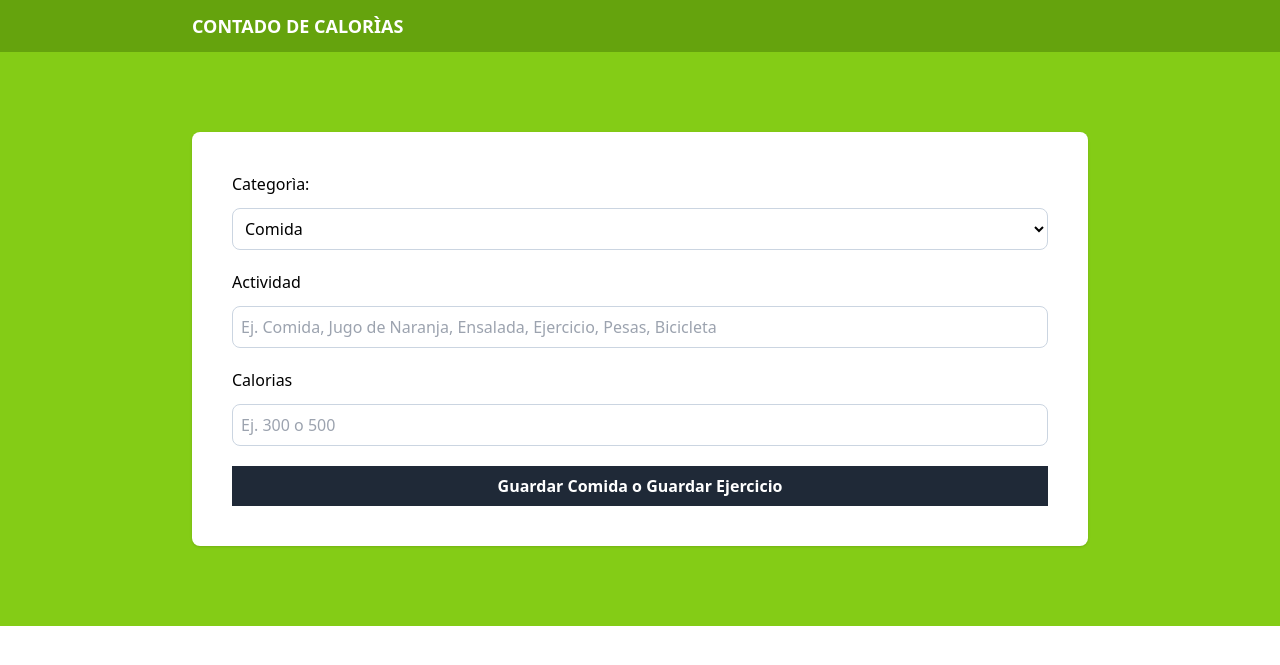
Repository: Matiiu/calorie-tracker
Page: /
An editor plug-in stored every save of this project. The page is shown before and after the next save, followed by the edit.
The browser window is 1280 px wide. The pictures show the whole page.
The project was rebuilt for these pictures with package versions that can differ from the ones it lists, and the page was loaded fresh each time. Also part of the build but not shown: vite.config.ts.

Above is the page before, as saved 2024-03-30 22:52:48.

### index.html
<!doctype html>
<html lang="en">
  <head>
    <meta charset="UTF-8" />
    <link rel="icon" type="image/svg+xml" href="/vite.svg" />
    <meta name="viewport" content="width=device-width, initial-scale=1.0" />
    <title>Contador de Calorías - React</title>
  </head>
  <body>
    <div id="root"></div>
    <script type="module" src="/src/main.tsx"></script>
  </body>
</html>

### src/App.tsx
import Header from "./components/Header";
import Form from "./components/Form";
export default function App() {
  return (
    <>
      <Header />

      <section className="bg-lime-500 py-20 px-5">
        <div className="max-w-4xl mx-auto">
          <Form />
        </div>
      </section>
    </>
  );
}

### src/components/Header.tsx
export default function Header() {
  return (
    <header className="bg-lime-600 py-3">
      <div className="max-w-4xl mx-auto flex justify-between">
        <h1 className="text-center text-lg font-bold text-white uppercase">
          Contado de Calorìas
        </h1>
      </div>
    </header>
  );
}

### src/components/Form.tsx
import { useState } from "react";
import { categories } from "../data/categories";

export default function Form() {
    const [activity, setActivity] = useState({
        category: '',
        activityName: '',

    })

  return (
    <form className="space-y-5 bg-white shadow p-10 rounded-lg">
      <div className="grid grid-cols-1 gap-3">
        <label htmlFor="category">Categorìa:</label>
        <select
          name="category"
          id="category"
          className="border border-slate-300 p-2 rounded-lg w-full bg-white"
        >
          {categories.map((category) => (
            <option key={category.id} value={category.id}>
              {category.name}
            </option>
          ))}
        </select>
      </div>

      <div className="grid grid-cols-1 gap-3">
        <label htmlFor="activityName">Actividad</label>
        <input
            id="activityName"
            name="activityName"
            type="text"
            className="border border-slate-300 p-2 rounded-lg"
            placeholder="Ej. Comida, Jugo de Naranja, Ensalada, Ejercicio, Pesas, Bicicleta"
        />
      </div>

      <div className="grid grid-cols-1 gap-3">
        <label htmlFor="calories">Calorias</label>
        <input
            id="calories"
            name="calories"
            type="number"
            className="border border-slate-300 p-2 rounded-lg"
            placeholder="Ej. 300 o 500"
            min={0}
        />
      </div>

      <input
        type="submit"
        className="bg-gray-800 hover:bg-gray-900 w-full p-2 font-bold text-white cursor-pointer"
        value="Guardar Comida o Guardar Ejercicio"
      />
    </form>
  );
}

### src/data/categories.ts
import { Category } from "../types";

export const categories: Category[] = [
  { id: 1, name: "Comida" },
  { id: 2, name: "Ejercicio" },
];

Loaded but not shown: src/main.tsx (common file); src/index.css (common file); tailwind.config.js (common file)

After the next save:
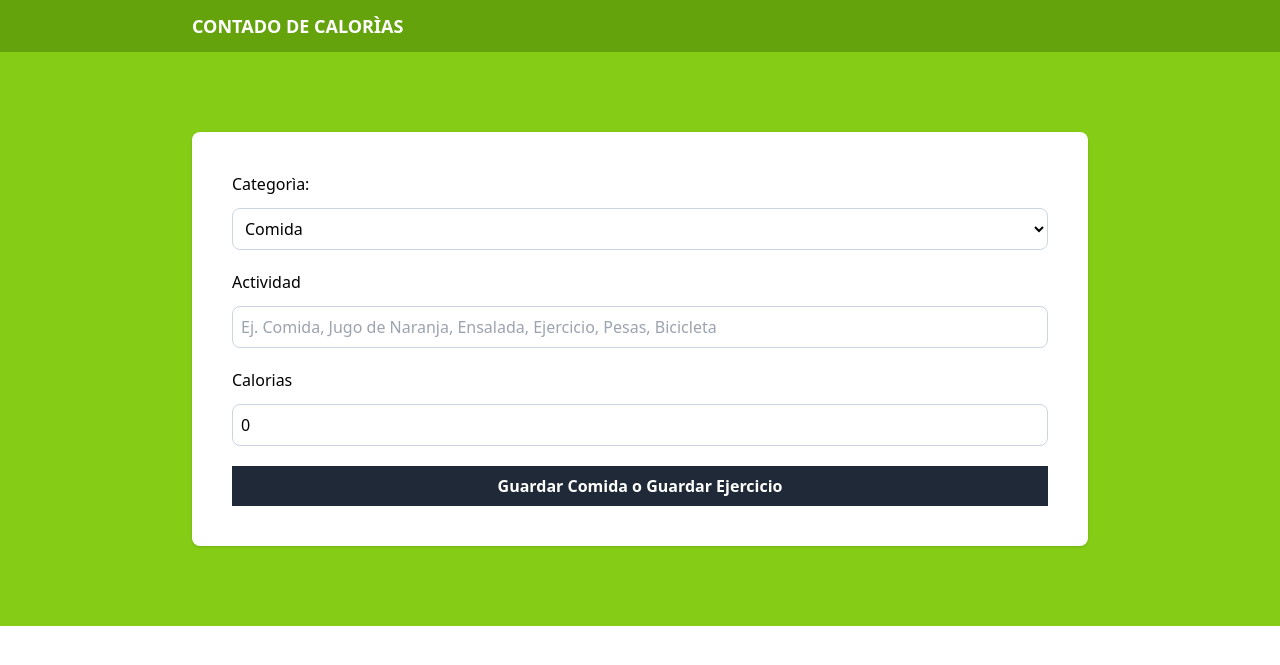
Saved 116 s later.
--- a/src/components/Form.tsx
+++ b/src/components/Form.tsx
@@ -5,8 +5,8 @@ export default function Form() {
     const [activity, setActivity] = useState({
         category: '',
         activityName: '',
-
-    })
+        calories: 0,
+    });
 
   return (
     <form className="space-y-5 bg-white shadow p-10 rounded-lg">
@@ -16,6 +16,7 @@ export default function Form() {
           name="category"
           id="category"
           className="border border-slate-300 p-2 rounded-lg w-full bg-white"
+          value={activity.category}
         >
           {categories.map((category) => (
             <option key={category.id} value={category.id}>
@@ -33,6 +34,7 @@ export default function Form() {
             type="text"
             className="border border-slate-300 p-2 rounded-lg"
             placeholder="Ej. Comida, Jugo de Naranja, Ensalada, Ejercicio, Pesas, Bicicleta"
+            value={activity.activityName}
         />
       </div>
 
@@ -45,6 +47,7 @@ export default function Form() {
             className="border border-slate-300 p-2 rounded-lg"
             placeholder="Ej. 300 o 500"
             min={0}
+            value={activity.calories}
         />
       </div>
 
